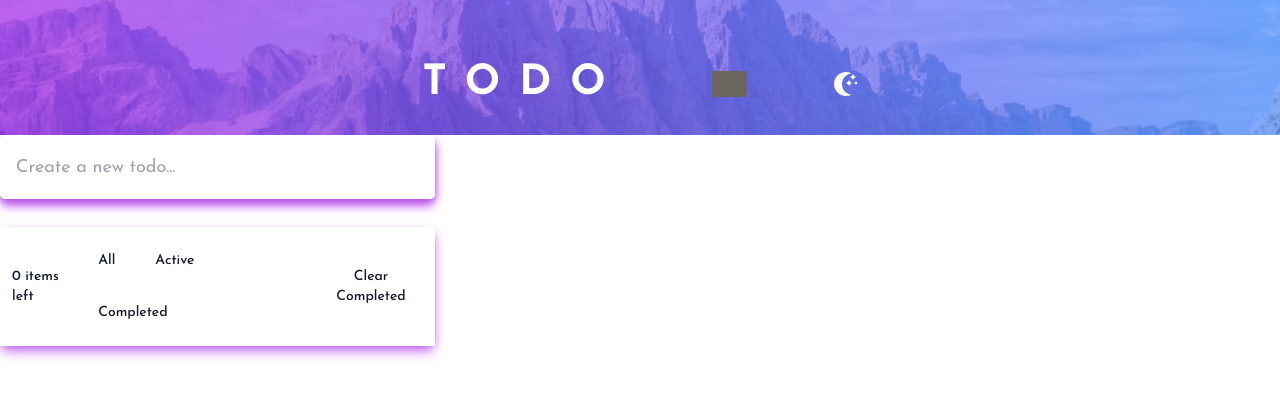
Repository: ikram-lisa/todo-list
Page: /
An editor plug-in stored every save of this project. The page is shown before and after the next save, followed by the edit.
The browser window is 1280 px wide. The pictures show the whole page.
Pictures or frames that could not be fetched are drawn as grey boxes. The project was rebuilt for these pictures with package versions that can differ from the ones it lists, and the page was loaded fresh each time. Also part of the build but not shown: vite.config.js.

Above is the page before, as saved 2024-05-15 09:20:05.

### src/main.jsx
import React from "react";
import ReactDOM from "react-dom/client";
import App from "./App.jsx";
import "./css/style.scss";
ReactDOM.createRoot(document.getElementById("root")).render(
  <React.StrictMode>
    <App />
  </React.StrictMode>
);

### src/App.jsx
import Defaultlayout from "./layout/defaultlayout";
import Todolist from "./pages/Todolist";
const App = () => {
  return (
    <>
      <Defaultlayout>
        <Todolist />
      </Defaultlayout>
    </>
  );
};
export default App;

### src/css/style.scss
@use "./base/fonts";
@use "./base/variable" as *;
@use "./base/mixins" as *;
@tailwind base;
@tailwind components;
@tailwind utilities;

body {
  font-size: 18px;
  font-family: "Josefin Sans", sans-serif;
  font-weight: 400;
}

.container-todo {
  width: 100%;
  height: 100vh;
}
.bg-light-theme {
  background-image: url("../assets/images/bg-desktop-light.jpg");
  background-position: center;
  background-size: cover;
  overflow-x: hidden;
  width: 100%;
}

.bg-dark-theme {
  background-image: url("../assets/images/bg-desktop-dark.jpg");
  background-position: center;
  background-size: cover;
  overflow-x: hidden;

  width: 100%;
}
.theme-content {
  width: 34%;
  margin: 53px auto;
  margin-bottom: 20px !important;
  h1 {
    font-weight: 700;
    color: white;
    font-size: 2.6rem;
    letter-spacing: 19px;
  }
  img {
    width: 100%;
    max-width: 35px;
    height: auto;
    display: block;
    cursor: pointer;
    filter: invert(104%) sepia(29%) brightness(99%);
  }
}
.form {
  width: 34%;
  margin: 0 auto;
}
.search {
  box-shadow: hsl(280, 87%, 65%) 0px 6px 12px -2px,
    rgba(0, 0, 0, 0.3) 0px 3px 7px -3px;
}
.input-search {
  outline: none;
}

/* Custom classes for specific page layouts */
.custom-checkbox input[type="checkbox"] {
  @include customCheckbox;
}

.custom-checkbox .checkbox-custom {
  @include checkboxCustom;
}

.custom-checkbox input[type="checkbox"]:checked + .checkbox-custom {
  @include checkedCheckboxCustom;
}

.custom-checkbox input[type="checkbox"]:checked + .checkbox-custom:after {
  @include checkedCheckboxCustomAfter;
}

.checklist-item {
  margin-bottom: 0.5rem;
  padding: 0.5rem;
  border-radius: 5px;
}
.checklist-label-title {
  background-color: red;
}

.checklist-label {
  margin-left: 0.5rem;
}
.result {
  box-shadow: hsl(280, 87%, 65%) 0px 6px 12px -2px,
    rgba(0, 0, 0, 0.3) 0px 3px 7px -3px;
}
.checked {
  text-decoration: line-through;
  opacity: 0.6;
  text-decoration-color: #323233;
  color: $DarkGrayishBlue;
}

### src/layout/defaultlayout.jsx
const defaultlayout = ({ children }) => {
  return (
    <>
      <section>{children}</section>
    </>
  );
};
export default defaultlayout;

### src/pages/Todolist.jsx
import { useState } from "react";
import Light from "../assets/images/light.svg";
import Dark from "../assets/images/dark.svg";
import Form from "../components/Form";
const Todolist = () => {
  const [theme, setTheme] = useState("light");
  const handleToggle = () => {
    setTheme(theme === "light" ? "dark" : "light");
  };
  return (
    <>
      <section
        className={`container-todo relative h-[100vh] ${
          theme === "light" ? "bg-white" : "bg-VeryDarkBlueish"
        }`}
      >
        <div
          className={`theme  ${
            theme === "light" ? "bg-light-theme" : "bg-dark-theme"
          } `}
        >
          <div className="theme-content flex justify-between items-center">
            <h1>TODO</h1>
            <img src="../assets/images/moon.svg" alt="" />
            <button onClick={handleToggle}>
              {theme === "light" ? (
                <img src={Dark} alt="dark mode" />
              ) : (
                <img src={Light} alt="light mode" />
              )}
            </button>
          </div>
        </div>
        <div className="form absolute">
          <Form theme={theme} />
        </div>
      </section>
    </>
  );
};
export default Todolist;

### src/css/base/_fonts.scss
@import url("https://fonts.googleapis.com/css2?family=Josefin+Sans:ital,wght@0,100..700;1,100..700&family=Kumbh+Sans:wght@100..900&family=Montserrat:ital,wght@0,100..900;1,100..900&family=Open+Sans:ital,wght@0,400;0,600;0,700;0,800;1,400;1,700;1,800&family=Poppins:ital,wght@0,200;0,300;0,400;0,500;0,600;0,700;0,800;0,900;1,100;1,200;1,300;1,400;1,500;1,600;1,700;1,800;1,900&display=swap");

### src/css/base/_variable.scss
// ### Light Theme

$VeryLightGray: hsl(0, 0%, 98%);
$VeryLightGrayishBlue: hsl(236, 33%, 92%);
$LightGrayishBlue: hsl(233, 11%, 84%);
$DarkGrayishBlue: hsl(236, 9%, 61%);
$VeryDarkGrayishBlue: hsl(235, 19%, 35%);

// ### Dark Theme

$VeryDarkBlue: hsl(235, 21%, 11%);
$VeryDarkBlueish: hsl(235, 24%, 19%);
$LightGrayishBlue: hsl(234, 39%, 85%);
$LightGrayishBlue: hsl(236, 33%, 92%);
$DarkGrayishBlue: hsl(234, 11%, 52%);
$VeryDarkGrayishBlue: hsl(233, 14%, 35%);
$VeryDarkGrayishBlue: hsl(237, 14%, 26%);

### src/css/base/_mixins.scss
@mixin customCheckbox {
  display: none;
}

@mixin checkboxCustom {
  width: 23px;
  height: 23px;
  border: 2px solid #ccc;
  display: inline-block;
  margin-right: 10px;
  vertical-align: middle;
  cursor: pointer;
  border-radius: 50%;
  top: 4px;
}

@mixin checkedCheckboxCustom {
  background-image: linear-gradient(
    to right,
    hsl(192, 100%, 67%),
    hsl(280, 87%, 65%)
  );
  display: flex;
  justify-content: center;
  align-items: center;
  border: none;
}

@mixin checkedCheckboxCustomAfter {
  content: "";

  width: 5px;
  height: 8px;
  border: solid white;
  border-width: 0 3px 3px 0;
  transform: rotate(45deg);
}

### src/components/Form.jsx
import { useState } from "react";
import Tab from "./TabBar";

/* eslint-disable react/prop-types */
const Form = ({ theme }) => {
  const [todos, setTodos] = useState([]);
  const [inputValue, setInputValue] = useState("");
  const [filter, setFilter] = useState("all");
  const handleChange = (e) => {
    setInputValue(e.target.value);
  };
  const handleSubmit = (e) => {
    e.preventDefault();
    if (inputValue.trim() === "") return;
    const newTodo = {
      id: todos.length + 1,
      text: inputValue,
      isCompleted: false,
    };
    setTodos([...todos, newTodo]);
    setInputValue("");
  };
  const handleToggleCompleted = (id) => {
    const updatedTodos = todos.map((todo) => {
      if (todo.id === id) {
        return { ...todo, isCompleted: !todo.isCompleted };
      }
      return todo;
    });
    setTodos(updatedTodos);
  };
  const handleDelete = (id) => {
    const updatedTodos = todos.filter((todo) => todo.id !== id);
    setTodos(updatedTodos);
    console.log("deleted");
  };
  const handleDeleteAll = () => {
    setTodos([]);
  };
  const completedCount = todos.filter((todo) => todo.isCompleted).length;
  const getFilteredTodos = () => {
    switch (filter) {
      case "active":
        return todos.filter((todo) => !todo.isCompleted);
      case "completed":
        return todos.filter((todo) => todo.isCompleted);
      default:
        return todos;
    }
  };

  const filteredTodos = getFilteredTodos();
  return (
    <>
      <section className="search rounded-[5px] relative w-full h-16 flex items-center">
        <form
          onSubmit={handleSubmit}
          className="search rounded-[5px] relative w-full h-16 flex items-center"
        >
          <input
            type="text"
            value={inputValue}
            onChange={handleChange}
            className={`input-search block w-full p-4 text-lg text-gray-900 ${
              theme === "dark"
                ? "bg-VeryDarkBlueish text-white"
                : "bg-white text-gray-900"
            } rounded-[5px] w-full h-16 flex items-center`}
            placeholder="Create a new todo..."
          />
        </form>
      </section>
      <section className="result mt-7">
        <ul
          className={`w-full text-sm font-medium ${
            theme === "dark"
              ? "bg-VeryDarkBlueish text-white border-gray-600"
              : "bg-white text-gray-900 border-gray-200"
          } rounded-[5px]`}
        >
          {filteredTodos.map((todo) => (
            <li
              key={todo.id}
              className={`w-full border-b border-gray-500 rounded-t-lg dark:border-gray-600 ${
                todo.isCompleted ? "checked" : ""
              }`}
            >
              <div className="flex items-center justify-between ps-3">
                <label className="custom-checkbox flex items-center gap-3 w-full py-5 ms-2 text-sm font-medium">
                  <input
                    type="checkbox"
                    checked={todo.isCompleted}
                    onChange={() => handleToggleCompleted(todo.id)}
                    className="mr-5 mt-2"
                  />
                  <div className="checkbox-custom"></div>
                  {todo.text}{" "}
                </label>
                <button
                  type="button"
                  onClick={() => handleDelete(todo.id)}
                  className="ms-auto -ml-1.5 mr-[0.625rem] text-[transparent] font-bold hover:text-gray-500  p-1.5
       inline-flex items-center justify-center h-7 w-7 "
                >
                  <span className="sr-only">Close</span>
                  <svg
                    className="w-5 h-5"
                    aria-hidden="true"
                    xmlns="http://www.w3.org/2000/svg"
                    fill="none"
                    viewBox="0 0 14 14"
                  >
                    <path
                      stroke="currentColor"
                      strokeLinecap="round"
                      strokeLinejoin="round"
                      strokeWidth="2"
                      d="m1 1 6 6m0 0 6 6M7 7l6-6M7 7l-6 6"
                    />
                  </svg>
                </button>
              </div>
            </li>
          ))}

          <li className="w-full">
            <div className="flex items-center justify-between py-2 px-3">
              <span>{completedCount} items left</span>
              <div className="tab">
                <Tab setFilter={setFilter} currentFilter={filter} />
              </div>
              <button onClick={handleDeleteAll}>Clear Completed</button>
            </div>
          </li>
        </ul>
      </section>
    </>
  );
};
export default Form;

### src/components/TabBar.jsx
const Tab = () => {
  return (
    <>
      <ul
        className="flex flex-wrap -mb-px text-sm font-medium text-center"
        id="default-styled-tab"
        data-tabs-toggle="#default-styled-tab-content"
        data-tabs-active-classes="text-purple-600 hover:text-purple-600 dark:text-purple-500 dark:hover:text-purple-500 border-purple-600 dark:border-purple-500"
        data-tabs-inactive-classes="dark:border-transparent text-gray-500 hover:text-gray-600 dark:text-gray-400 border-gray-100 hover:border-gray-300 dark:border-gray-700 dark:hover:text-gray-300"
        role="tablist"
      >
        <li className="me-2" role="presentation">
          <button
            className="inline-block p-4 "
            id="profile-styled-tab"
            data-tabs-target="#styled-profile"
            type="button"
            role="tab"
            aria-controls="profile"
            aria-selected="false"
          >
            All
          </button>
        </li>
        <li className="me-2" role="presentation">
          <button
            className="inline-block p-4   hover:text-gray-600 hover:border-gray-300 dark:hover:text-gray-300"
            id="dashboard-styled-tab"
            data-tabs-target="#styled-dashboard"
            type="button"
            role="tab"
            aria-controls="dashboard"
            aria-selected="false"
          >
            Active
          </button>
        </li>
        <li className="me-2" role="presentation">
          <button
            className="inline-block p-4  hover:text-gray-600 hover:border-gray-300 dark:hover:text-gray-300"
            id="settings-styled-tab"
            data-tabs-target="#styled-settings"
            type="button"
            role="tab"
            aria-controls="settings"
            aria-selected="false"
          >
            Completed
          </button>
        </li>
      </ul>
    </>
  );
};
export default Tab;

Loaded but not shown: index.html (common file); tailwind.config.js (1082 lines, source omitted)

After the next save:
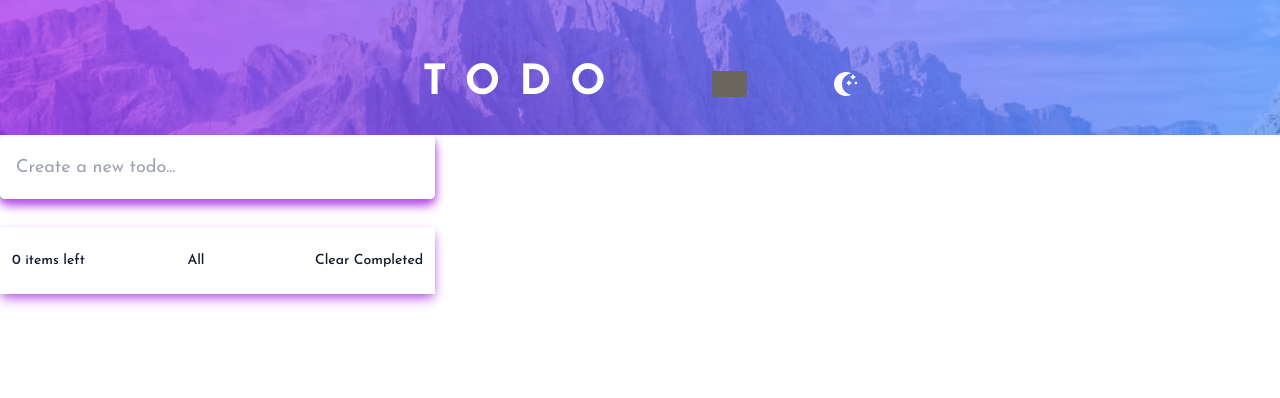
Saved 78 s later.
--- a/src/components/TabBar.jsx
+++ b/src/components/TabBar.jsx
@@ -1,4 +1,4 @@
-const Tab = () => {
+const Tab = ({ setFilter, currentFilter }) => {
   return (
     <>
       <ul
@@ -11,7 +11,7 @@
       >
         <li className="me-2" role="presentation">
           <button
-            className="inline-block p-4 "
+            className="inline-block p-4 hover:text-gray-600 hover:border-gray-300 dark:hover:text-gray-300"
             id="profile-styled-tab"
             data-tabs-target="#styled-profile"
             type="button"
@@ -22,32 +22,6 @@
             All
           </button>
         </li>
-        <li className="me-2" role="presentation">
-          <button
-            className="inline-block p-4   hover:text-gray-600 hover:border-gray-300 dark:hover:text-gray-300"
-            id="dashboard-styled-tab"
-            data-tabs-target="#styled-dashboard"
-            type="button"
-            role="tab"
-            aria-controls="dashboard"
-            aria-selected="false"
-          >
-            Active
-          </button>
-        </li>
-        <li className="me-2" role="presentation">
-          <button
-            className="inline-block p-4  hover:text-gray-600 hover:border-gray-300 dark:hover:text-gray-300"
-            id="settings-styled-tab"
-            data-tabs-target="#styled-settings"
-            type="button"
-            role="tab"
-            aria-controls="settings"
-            aria-selected="false"
-          >
-            Completed
-          </button>
-        </li>
       </ul>
     </>
   );

After the save that followed:
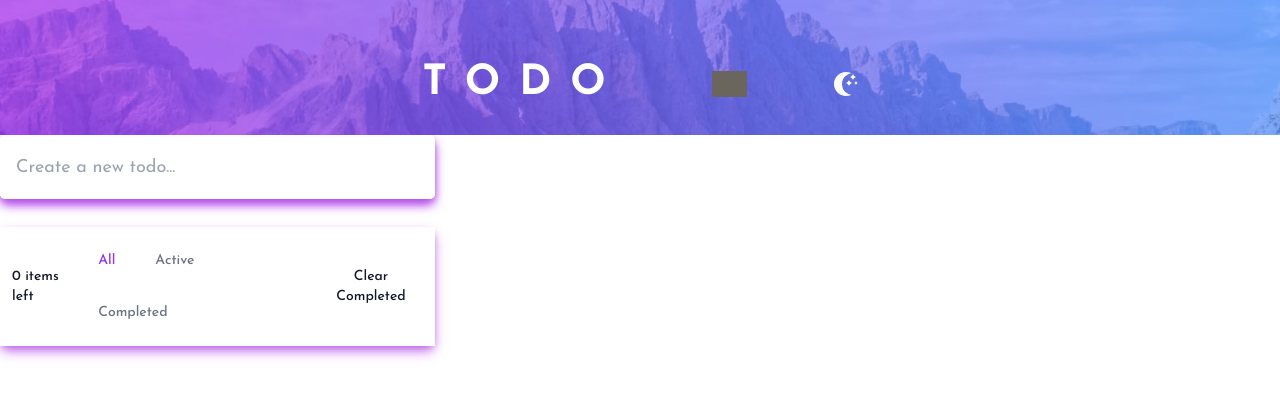
Saved 47 s later.
--- a/src/components/TabBar.jsx
+++ b/src/components/TabBar.jsx
@@ -1,27 +1,26 @@
+/* eslint-disable no-unused-vars */
 const Tab = ({ setFilter, currentFilter }) => {
   return (
     <>
       <ul
         className="flex flex-wrap -mb-px text-sm font-medium text-center"
-        id="default-styled-tab"
-        data-tabs-toggle="#default-styled-tab-content"
-        data-tabs-active-classes="text-purple-600 hover:text-purple-600 dark:text-purple-500 dark:hover:text-purple-500 border-purple-600 dark:border-purple-500"
-        data-tabs-inactive-classes="dark:border-transparent text-gray-500 hover:text-gray-600 dark:text-gray-400 border-gray-100 hover:border-gray-300 dark:border-gray-700 dark:hover:text-gray-300"
         role="tablist"
       >
-        <li className="me-2" role="presentation">
-          <button
-            className="inline-block p-4 hover:text-gray-600 hover:border-gray-300 dark:hover:text-gray-300"
-            id="profile-styled-tab"
-            data-tabs-target="#styled-profile"
-            type="button"
-            role="tab"
-            aria-controls="profile"
-            aria-selected="false"
-          >
-            All
-          </button>
-        </li>
+        {["All", "Active", "Completed"].map((tab) => (
+          <li key={tab} className="me-2" role="presentation">
+            <button
+              className={`inline-block p-4 ${
+                currentFilter === tab.toLowerCase()
+                  ? "text-purple-600 border-purple-600"
+                  : "text-gray-500 hover:text-gray-600 border-gray-100 hover:border-gray-300"
+              }`}
+              onClick={() => setFilter(tab.toLowerCase())}
+              role="tab"
+            >
+              {tab}
+            </button>
+          </li>
+        ))}
       </ul>
     </>
   );
